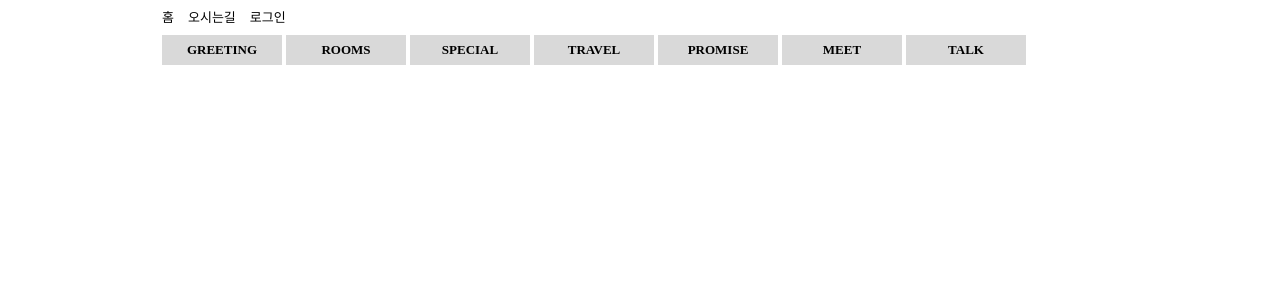
Repository: hojohe/bit-java
Page: 07_css/WebContent/99_exam/exam03.html
An editor plug-in stored every save of this project. The page is shown before and after the next save, followed by the edit.
The browser window is 1280 px wide. The pictures show the whole page.

Above is the page before, as saved 2017-01-25 05:49:52.

After the next save:
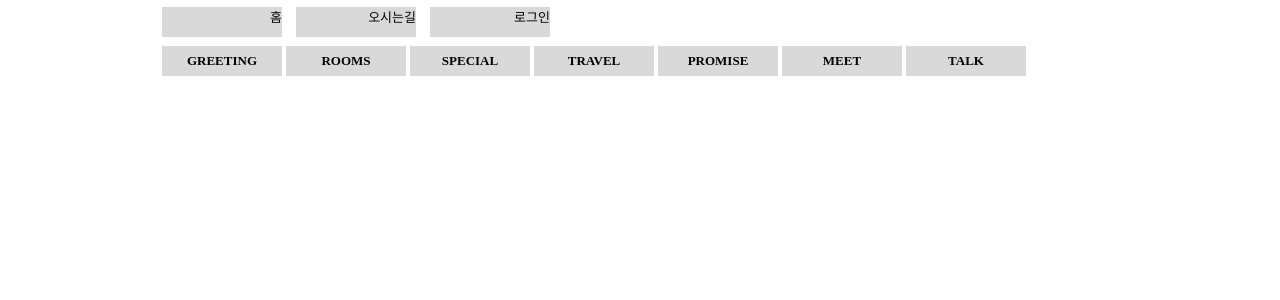
Saved 4 s later.
--- a/07_css/WebContent/99_exam/exam03.css
+++ b/07_css/WebContent/99_exam/exam03.css
@@ -14,7 +14,9 @@ li { list-style: none; }
 ul.headerLnb { width:970px; margin: 0 auto; }
 ul.headerLnb > li { float:left; }
 ul.headerLnb a {
-
+	background: #d9d9d9;
+	width: 120px;
+	height: 30px;
 	display: block;
 	font-size: 13px;
 
